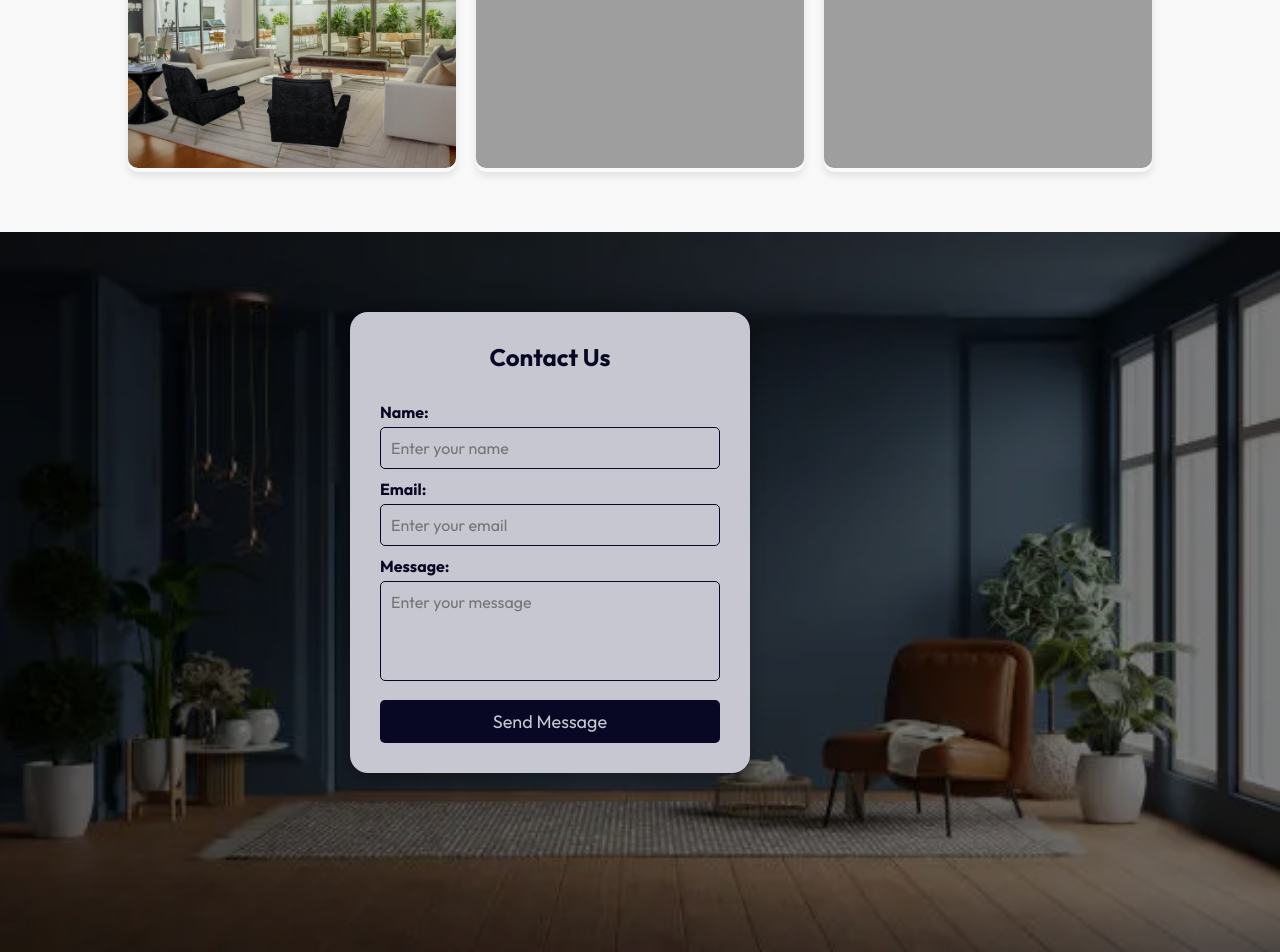
Repository: TechProjectss/Portfolio
Page: / (app in Merajweb/)
An editor plug-in stored every save of this project. The page is shown before and after the next save, followed by the edit.
The browser window is 1280 px wide. The pictures show the part of the page from y = 2747 to 3699 px (the page is 3699 px tall).
Pictures or frames that could not be fetched are drawn as grey boxes. The project was rebuilt for these pictures with package versions that can differ from the ones it lists, and the page was loaded fresh each time. Also part of the build but not shown: Merajweb/vite.config.js.

Above is the page before, as saved 2025-02-26 12:32:54.

### Merajweb/index.html
<!doctype html>
<html lang="en">
  <head>
    <meta charset="UTF-8" />
    <link rel="icon" type="image/svg+xml" href="/vite.svg" />
    <meta name="viewport" content="width=device-width, initial-scale=1.0" />
    <title>MerajWeb</title>
  </head>
  <body>
    <div id="root"></div>
    <script type="module" src="/src/main.jsx"></script>
  </body>
</html>

### Merajweb/src/index.css
@import url('https://fonts.googleapis.com/css2?family=Outfit:wght@100..900&display=swap');

*{
    margin: 0;
    padding: 0;
    box-sizing: border-box;
    font-family: "Outfit", serif;
}

body{
    background-color: #f5f5f5;
}

a{
    text-decoration: none;
    color: inherit;
    line-height: 1;
    cursor: pointer;
}

.container{
    padding-left: 5%;
    padding-right: 5%;
}

### Merajweb/src/App.jsx
import React from "react";
import Navbar from "./components/Navbar/Navbar";
import Home from "./components/Home/Home";
import About from "./components/About/About";
import Programs from "./components/Programs/Programs";
import Projects from "./components/Projects/Projects";
import Contact from "./components/Contact/Contact";

const App = () => {
  return (
    <>
      <Navbar />
      <div id="home"><Home /></div>
      <div id="about"><About /></div>
      <div id="programs"><Programs /></div>
      <div id="projects"><Projects /></div>
      <div id="contact"><Contact /></div>
    </>
  );
};

export default App;

### Merajweb/src/components/Navbar/Navbar.jsx
import React, { useState, useEffect } from "react";
import "./Navbar.css";
import logosk from "../../assets/logosk1.png";

const Navbar = () => {
    const [menuOpen, setMenuOpen] = useState(false);
    const [visible, setVisible] = useState(true);

    useEffect(() => {
        let lastScrollY = window.scrollY;

        const handleScroll = () => {
            setVisible(window.scrollY < lastScrollY || window.scrollY < 50);
            lastScrollY = window.scrollY;
        };

        window.addEventListener("scroll", handleScroll);
        return () => window.removeEventListener("scroll", handleScroll);
    }, []);

    return (
        <nav className={`navbar ${visible ? "visible" : "hidden"}`}>
            <div className="logo-container">
                <img src={logosk} alt="logo" className="logo" />
            </div>
            <ul className={menuOpen ? "nav-items open" : "nav-items"}>
                <li><a href="#home">Home</a></li>
                <li><a href="#about">About</a></li>
                <li><a href="#programs">Programs</a></li>
                <li><a href="#projects">Projects</a></li>
                <li><a href="#contact">Contact Us</a></li>
            </ul>
            <div className="menu-icon" onClick={() => setMenuOpen(!menuOpen)}>☰</div>
        </nav>
    );
};

export default Navbar;

### Merajweb/src/components/Home/Home.jsx
import React from 'react';
import './Home.css';

const Home = () => {
    return (
        <div className='hero container' style={{ minHeight: "100vh" }}>
            <div className="hero-text">
                <h1>Bringing Ideas to Reality with Design & Code</h1>
                <h2>Mohammed Kashif | React Native & Full-Stack Developer</h2>
                <p>
                    I specialize in building scalable mobile apps, seamless UI/UX, and API integrations.
                    Looking for a passionate developer? Let’s build something amazing together!
                </p>
                <div className="hero-buttons">
                    <button className="btn primary">View My Work</button>
                    <button className="btn secondary">Hire Me</button>
                </div>
            </div>
        </div>
    );
};

export default Home;

### Merajweb/src/components/About/About.jsx
import React from 'react';
import styled from 'styled-components';

// Styled Components
const AboutSection = styled.div`
    display: flex;
    align-items: center;
    justify-content: center;
    min-height: 100vh;
    padding: 60px 20px;
    background: #fff;
    gap: 50px;

    @media (max-width: 768px) {
        flex-direction: column;
        text-align: center;
    }
`;

const AboutText = styled.div`
    max-width: 600px;
    line-height: 1.8;
`;

const AboutImage = styled.img`
    width: 350px;
    height: 350px;
    border-radius: 50%;
    box-shadow: 0 6px 12px rgba(0, 0, 0, 0.3);
    transition: transform 0.3s ease-in-out;

    &:hover {
        transform: scale(1.1);
    }
`;

const Skills = styled.ul`
    list-style: none;
    padding: 0;
    display: flex;
    flex-wrap: wrap;
    justify-content: flex-start;
    margin-top: 20px;
    gap: 10px;

    @media (max-width: 768px) {
        justify-content: center;
    }
`;

const SkillItem = styled.li`
    background: #080824;
    color: white;
    padding: 10px 20px;
    border-radius: 25px;
    font-weight: bold;
    font-size: 14px;
    transition: all 0.3s ease-in-out;

    &:hover {
        background: #080824;
        transform: translateY(-3px);
    }
`;

const CTAButton = styled.button`
    background: #080824;
    color: white;
    padding: 14px 28px;
    font-size: 18px;
    border: none;
    cursor: pointer;
    border-radius: 8px;
    font-weight: bold;
    transition: all 0.3s ease-in-out;
    margin-top: 30px;

    &:hover {
        background:rgb(111, 111, 131);
        transform: scale(1.05);
    }
`;

const About = () => {
    return (
        <AboutSection>
            <AboutImage src="/profile.jpg" alt="Mohammed Kashif" />
            <AboutText>
                <h1>About Me</h1>
                <p>
                    Hi, I'm <strong>Mohammed Kashif</strong>, a passionate and dedicated <strong>Full-Stack Developer</strong>
                    with expertise in building modern and scalable applications. My journey in development started with
                    curiosity, and now I specialize in crafting high-quality digital experiences.
                </p>
                <p>
                    I thrive on solving real-world problems using <strong>React Native, React.js, Node.js</strong>, and <strong>UI/UX Design</strong>.
                    From designing user-friendly interfaces to developing seamless back-end services, I ensure that every
                    project is built with efficiency, creativity, and a focus on user satisfaction.
                </p>
                <h2>Skills & Technologies</h2>
                <Skills>
                    <SkillItem>React Native</SkillItem>
                    <SkillItem>React.js</SkillItem>
                    <SkillItem>UI/UX Design</SkillItem>
                    <SkillItem>Node.js</SkillItem>
                    <SkillItem>MongoDB</SkillItem>
                    <SkillItem>API Development</SkillItem>
                    <SkillItem>Docker & Cloud Services</SkillItem>
                    <SkillItem>JavaScript & TypeScript</SkillItem>
                </Skills>
                <CTAButton>Let's Work Together!</CTAButton>
            </AboutText>
        </AboutSection>
    );
};

export default About;

### Merajweb/src/components/Programs/Programs.jsx
import React from "react";
import "./Programs.css";
import img1 from "../../assets/hom1.jpg"; // Replace with actual image path
import img2 from "../../assets/int7.jpg"; // Replace with actual image path
import img3 from "../../assets/int2.jpg"; // Replace with actual image path
import img4 from "../../assets/int5.jpg"; // Replace with actual image path
import img5 from "../../assets/int4.jpg"; // Replace with actual image path

const Programs = () => {
    return (
        <section className="programs-section">
            <div className="program-card">
                <img src={img1} alt="Interior Design" className="program-image" />
                <h3 className="program-title">Innovation Inside Out</h3>
                <p className="program-description">
                    NA Architects are unparalleled in Interior Design solutions. It’s not just mind-blowing, it’s mind-bending.
                </p>
            </div>

            <div className="program-card">
                <img src={img2} alt="Skyscraper Design" className="program-image" />
                <h3 className="program-title">Towering Testimonies</h3>
                <p className="program-description">
                    Creating the skyline has been a passion at NA Architects. Buildings that are talked about and clicked across the world.
                </p>
            </div>

            <div className="program-card">
                <img src={img3} alt="Garden Design" className="program-image" />
                <h3 className="program-title">The Circle of Life</h3>
                <p className="program-description">
                    At NA Architects, we have the best of minds who excel in designing both Residencies and Commercial Spaces.
                </p>
            </div>

            <div className="program-card">
                <img src={img4} alt="Eco-Friendly Design" className="program-image" />
                <h3 className="program-title">Sustainable Living</h3>
                <p className="program-description">
                    We focus on eco-friendly and sustainable architecture, creating energy-efficient and green spaces for future generations.
                </p>
            </div>

            <div className="program-card">
                <img src={img5} alt="Smart Homes" className="program-image" />
                <h3 className="program-title">Smart Spaces</h3>
                <p className="program-description">
                    Integrating technology with architecture, we design smart homes and workspaces that enhance convenience and security.
                </p>
            </div>
        </section>
    );
};

export default Programs;

### Merajweb/src/components/Projects/Projects.jsx
import React from "react";
import "./Projects.css";
import project1 from "../../assets/int1.jpg";
import project2 from "../../assets/int2.jpg";
import project3 from "../../assets/int3.jpg";
import project4 from "../../assets/int4.jpg";
import project5 from "../../assets/int5.jpg";
import project6 from "../../assets/int6.jpg";

const projects = [
    { id: 1, title: "Luxury Villa", image: project1, description: "A premium luxury villa designed with modern aesthetics." },
    { id: 2, title: "Corporate Tower", image: project2, description: "A state-of-the-art corporate skyscraper in the city skyline." },
    { id: 3, title: "Eco-Friendly Home", image: project3, description: "An energy-efficient home designed for sustainability." },
    { id: 4, title: "Smart Office", image: project4, description: "An innovative workspace with smart technology integration." },
    { id: 5, title: "Resort & Spa", image: project5, description: "A relaxing resort with a nature-inspired architectural theme." },
    { id: 6, title: "Urban Apartments", image: project6, description: "A modern apartment complex with a minimalist touch." }
];

const Projects = () => {
    return (
        <section className="projects-section">
            <h2 className="section-title">Our Client Projects</h2>
            <div className="projects-grid">
                {projects.map((project) => (
                    <div key={project.id} className="project-card">
                        <img src={project.image} alt={project.title} className="project-image" />
                        <div className="project-overlay">
                            <h3 className="project-title">{project.title}</h3>
                            <p className="project-description">{project.description}</p>
                        </div>
                    </div>
                ))}
            </div>
        </section>
    );
};

export default Projects;

### Merajweb/src/components/Contact/Contact.jsx
import React from "react";
import "./Contact.css";

const Contact = () => {
    return (
        <div className="contact-page">
            <div className="overlay">
                <div className="contact-form">
                    <h2>Contact Us</h2>
                    <form>
                        <label>Name:</label>
                        <input type="text" placeholder="Enter your name" required />

                        <label>Email:</label>
                        <input type="email" placeholder="Enter your email" required />

                        <label>Message:</label>
                        <textarea placeholder="Enter your message" required></textarea>

                        <button type="submit">Send Message</button>
                    </form>
                </div>
            </div>
        </div>
    );
};

export default Contact;

### Merajweb/src/components/Navbar/Navbar.css
/* Navbar Container */
.navbar {
    width: 100%;
    color: #fff;
    background-color: #080824;
    padding: 12px 30px;
    position: fixed;
    top: 0;
    left: 0;
    display: flex;
    align-items: center;
    justify-content: space-between;
    z-index: 1000;
    height: 60px;
    transition: transform 0.3s ease-in-out;
}

html {
    scroll-behavior: smooth;
}

/* Hide Navbar when Scrolling Up */
.navbar.hidden {
    transform: translateY(-100%);
}

/* Show Navbar when Scrolling Down */
.navbar.visible {
    transform: translateY(0);
}

/* Logo Styling */
.logo-container {
    display: flex;
    align-items: center;
}

.logo {
    width: 40px;
    height: 40px;
    border-radius: 50%;
    object-fit: cover;
    border: 2px solid white;
    cursor: pointer;
}

/* Navigation Links */
.nav-items {
    display: flex;
    list-style: none;
}

.nav-items li {
    margin: 0 15px;
}

.nav-items a {
    text-decoration: none;
    color: #fff;
    font-size: 16px;
    font-weight: 500;
    transition: color 0.3s ease-in-out;
}

.nav-items a:hover {
    color: #8ca5a5;
}

/* Mobile Menu Icon */
.menu-icon {
    display: none;
    font-size: 28px;
    cursor: pointer;
    color: white;
}

/* Responsive Design */
@media (max-width: 768px) {
    .menu-icon {
        display: block;
    }

    .nav-items {
        display: none;
        flex-direction: column;
        background: rgba(0, 0, 0, 0.9);
        position: absolute;
        top: 60px;
        right: 0;
        width: 100%;
        text-align: center;
        padding: 20px;
    }

    .nav-items.open {
        display: flex;
    }

    .nav-items li {
        margin: 15px 0;
    }
}

### Merajweb/src/components/Home/Home.css
.hero {
    height: 100vh; /* Ensures it covers the full viewport height */
    background-size: cover;
    background-color: #c7c7d1;
    background-position: center;
    color: #080824;
    display: flex;
    align-items: center;
    justify-content: center;
    text-align: center;
    padding: 20px;
    position: relative;

}


/* Animations */
@keyframes fadeIn {
    from { opacity: 0; transform: translateY(20px); }
    to { opacity: 1; transform: translateY(0); }
}

.hero-text {
    max-width: 800px;
    padding-top: 50px; /* Adjust this to push content lower */
}

.hero-text h1 {
    font-size: 48px;
    font-weight: 700;
    text-shadow: 2px 2px 10px rgba(0, 0, 0, 0.5);
}

.hero-text h2 {
    font-size: 28px;
    font-weight: 500;
    margin-top: 10px;
}

.hero-text p {
    max-width: 700px;
    margin: 15px auto 30px;
    line-height: 1.6;
    font-size: 18px;
}

/* Button Styles */
.hero-buttons {
    display: flex;
    gap: 15px;
    justify-content: center;
}

.btn {
    padding: 12px 24px;
    font-size: 18px;
    font-weight: 600;
    border: none;
    cursor: pointer;
    border-radius: 5px;
    transition: all 0.3s ease;
}

.primary {
    background: transparent;
    color: #080824;
    border: 2px solid #080824;
}

.primary:hover {
    background: #080824;
    color: #fff;
    transform: scale(1.05);
}

.secondary {
    background: transparent;
    color: #080824;
    border: 2px solid #080824;
}

.secondary:hover {
    background: #080824;
    color: #fff;
    transform: scale(1.05);
}

### Merajweb/src/components/Programs/Programs.css
/* Programs Section */
.programs-section {
    display: flex;
    flex-wrap: wrap;
    justify-content: center;
    align-items: center;
    gap: 30px;
    padding: 50px 10%;
    background-color: #fff
}

/* Program Card */
.program-card {
    text-align: center;
    width: 300px;
    background: #fff;
    box-shadow: 0 4px 8px rgba(0, 0, 0, 0.1);
    border-radius: 10px;
    overflow: hidden;
    transition: transform 0.3s ease-in-out;
}

.program-card:hover {
    transform: translateY(-5px);
}

/* Program Image */
.program-image {
    width: 100%;
    height: 230px;
    object-fit: cover;
    border-radius: 10px 10px 0 0;
}

/* Program Title */
.program-title {
    color: #e57232;
    font-size: 20px;
    font-weight: bold;
    margin-top: 15px;
}

/* Program Description */
.program-description {
    color: #333;
    font-size: 14px;
    padding: 10px 15px;
}

/* Responsive Design */
@media (max-width: 1024px) {
    .programs-section {
        flex-direction: row;
        flex-wrap: wrap;
        justify-content: center;
        padding: 30px;
    }

    .program-card {
        width: 90%;
        max-width: 350px;
    }
}

@media (max-width: 768px) {
    .programs-section {
        flex-direction: column;
        align-items: center;
    }

    .program-card {
        width: 100%;
        max-width: 400px;
    }
}

### Merajweb/src/components/Projects/Projects.css
/* Projects Section */
.projects-section {
    padding: 60px 10%;
    background: #f9f9f9;
    text-align: center;
}

/* Section Title */
.section-title {
    font-size: 28px;
    font-weight: bold;
    color: #333;
    margin-bottom: 30px;
}

/* Projects Grid */
.projects-grid {
    display: grid;
    grid-template-columns: repeat(auto-fit, minmax(300px, 1fr));
    gap: 20px;
    justify-content: center;
}

/* Project Card */
.project-card {
    position: relative;
    overflow: hidden;
    border-radius: 10px;
    box-shadow: 0 4px 8px rgba(0, 0, 0, 0.1);
    transition: transform 0.3s ease-in-out;
}

.project-card:hover {
    transform: scale(1.05);
}

/* Project Image */
.project-image {
    width: 100%;
    height: 250px;
    object-fit: cover;
    border-radius: 10px;
}

/* Project Overlay */
.project-overlay {
    position: absolute;
    top: 0;
    left: 0;
    width: 100%;
    height: 100%;
    background: rgba(0, 0, 0, 0.7);
    color: white;
    display: flex;
    flex-direction: column;
    align-items: center;
    justify-content: center;
    opacity: 0;
    transition: opacity 0.3s ease-in-out;
    padding: 15px;
    text-align: center;
}

.project-card:hover .project-overlay {
    opacity: 1;
}

/* Project Title */
.project-title {
    font-size: 20px;
    font-weight: bold;
    margin-bottom: 8px;
}

/* Project Description */
.project-description {
    font-size: 14px;
}

/* Responsive Design */
@media (max-width: 768px) {
    .projects-section {
        padding: 40px 5%;
    }

    .projects-grid {
        grid-template-columns: repeat(auto-fit, minmax(250px, 1fr));
    }
}

### Merajweb/src/components/Contact/Contact.css
/* Contact Page - Full-Screen Background */
.contact-page {
    background: url("../../assets/wall1.webp") no-repeat center center/cover;
    height: 100vh;
    display: flex;
    align-items: center; /* Vertically center the form */
    justify-content: flex-start; /* Keep form on the left */
    padding-left: 5vw; /* Adjust spacing from the left */
    position: relative;
}

/* Overlay for Better Readability */
.overlay {
    width: 100%;
    height: 100vh;
    background: rgba(0, 0, 0, 0.5);
    position: absolute;
    top: 0;
    left: 0;
}

/* Contact Form Styling */
.contact-form {
    width: 400px;
    max-width: 90%;
    background: #c7c7d1;
    padding: 30px;
    border-radius: 18px;
    position: relative;
    z-index: 2;
    margin-left: 350px;
    margin-top: 80px;
    box-shadow: 0px 5px 15px rgba(0, 0, 0, 0.3);
    display: flex;
    flex-direction: column;
    justify-content: center;
    align-items: center; /* Center the form content */
}

/* Title & Labels */
.contact-form h2 {
    text-align: center;
    margin-bottom: 20px;
    color: #080824;
}

.contact-form label {
    display: block;
    margin-top: 10px;
    font-weight: bold;
    color: #080824;
}

/* Input Fields */
.contact-form input,
.contact-form textarea {
    width: 100%;
    padding: 10px;
    margin-top: 5px;
    border: 1px solid #080824;
    border-radius: 5px;
    font-size: 16px;
    background: transparent;
    color: #080824;
}

.contact-form textarea {
    height: 100px;
    resize: none;
}

/* Submit Button */
.contact-form button {
    width: 100%;
    padding: 10px;
    background: #080824;
    color: #c7c7d1;
    border: none;
    border-radius: 5px;
    font-size: 18px;
    cursor: pointer;
    margin-top: 15px;
}

.contact-form button:hover {
    background: #003d80;
}

/* Responsive Design */
@media (max-width: 900px) {
    .contact-page {
        justify-content: center; /* Move form to center for smaller screens */
        padding-left: 0;
    }

    .contact-form {
        width: 90%;
        max-width: 400px;
    }
}

Loaded but not shown: Merajweb/src/main.jsx (common file)

After the next save:
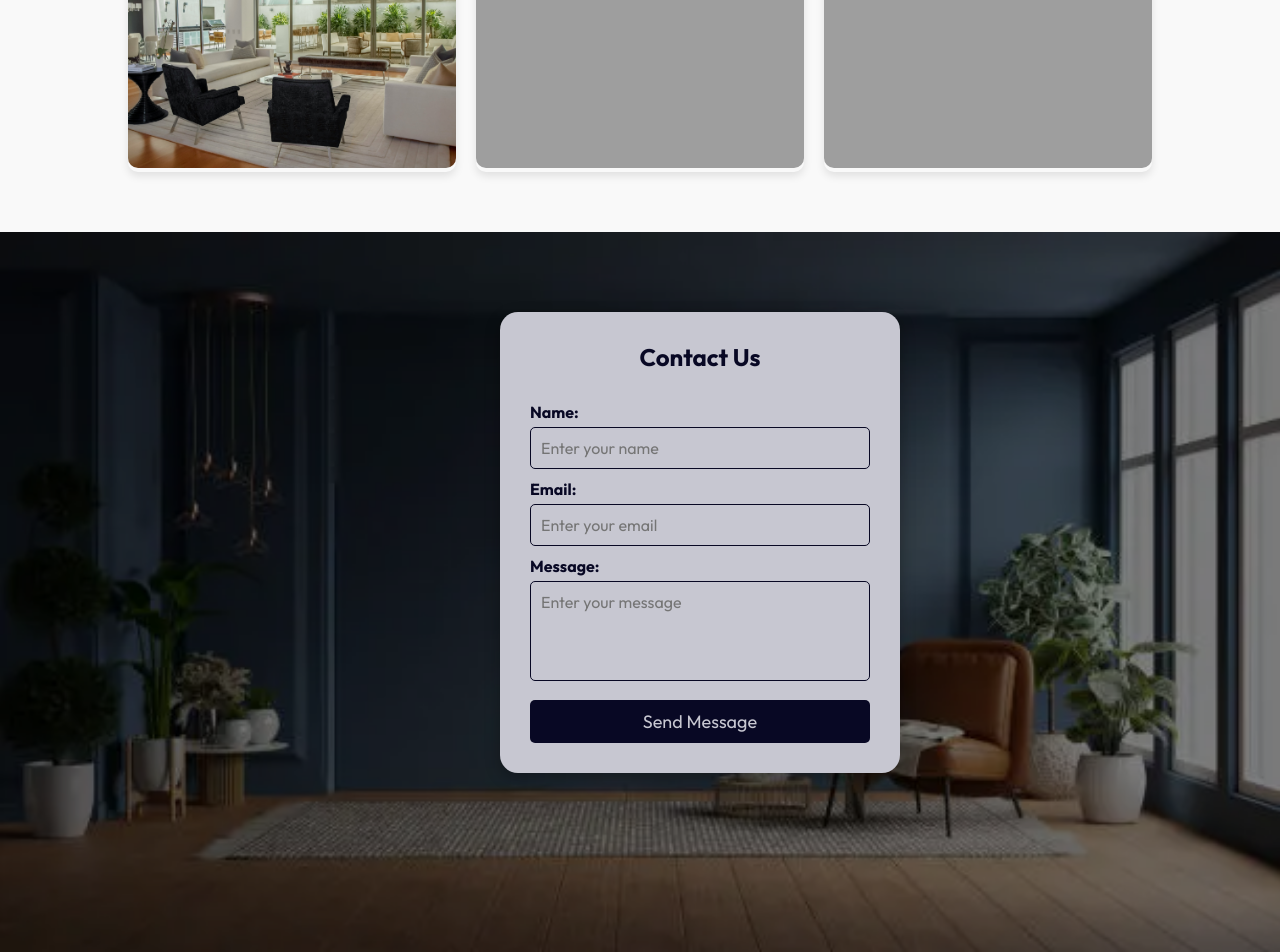
Saved 25 s later.
--- a/Merajweb/src/components/Contact/Contact.css
+++ b/Merajweb/src/components/Contact/Contact.css
@@ -28,7 +28,7 @@
     border-radius: 18px;
     position: relative;
     z-index: 2;
-    margin-left: 350px;
+    margin-left:500px;
     margin-top: 80px;
     box-shadow: 0px 5px 15px rgba(0, 0, 0, 0.3);
     display: flex;
